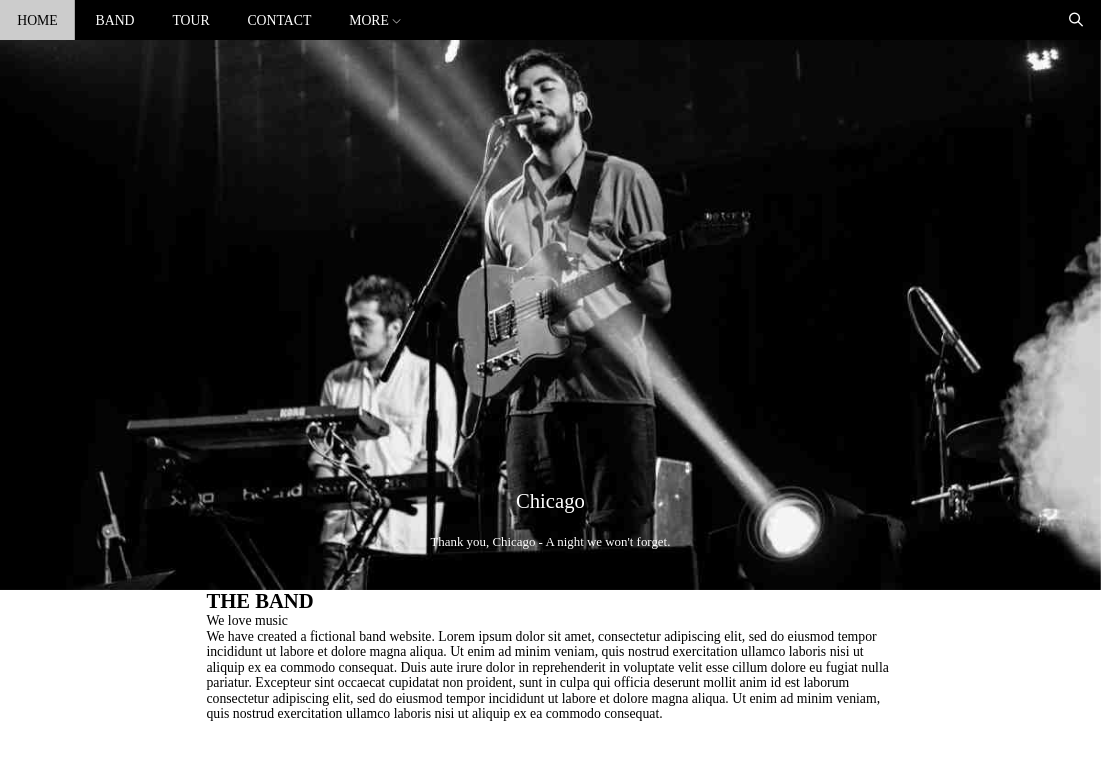
Repository: Dino0411/Dino0411.github.io
Page: index.html
The author's editor kept a copy of each file at every save. The page is drawn from the files as they stood at one save, then again after the next save.
The browser window is 1280 px wide. The pictures show the whole page, at 86% of full size.

Above is the page before, as saved 2021-10-04 11:39:16.

After the next save:
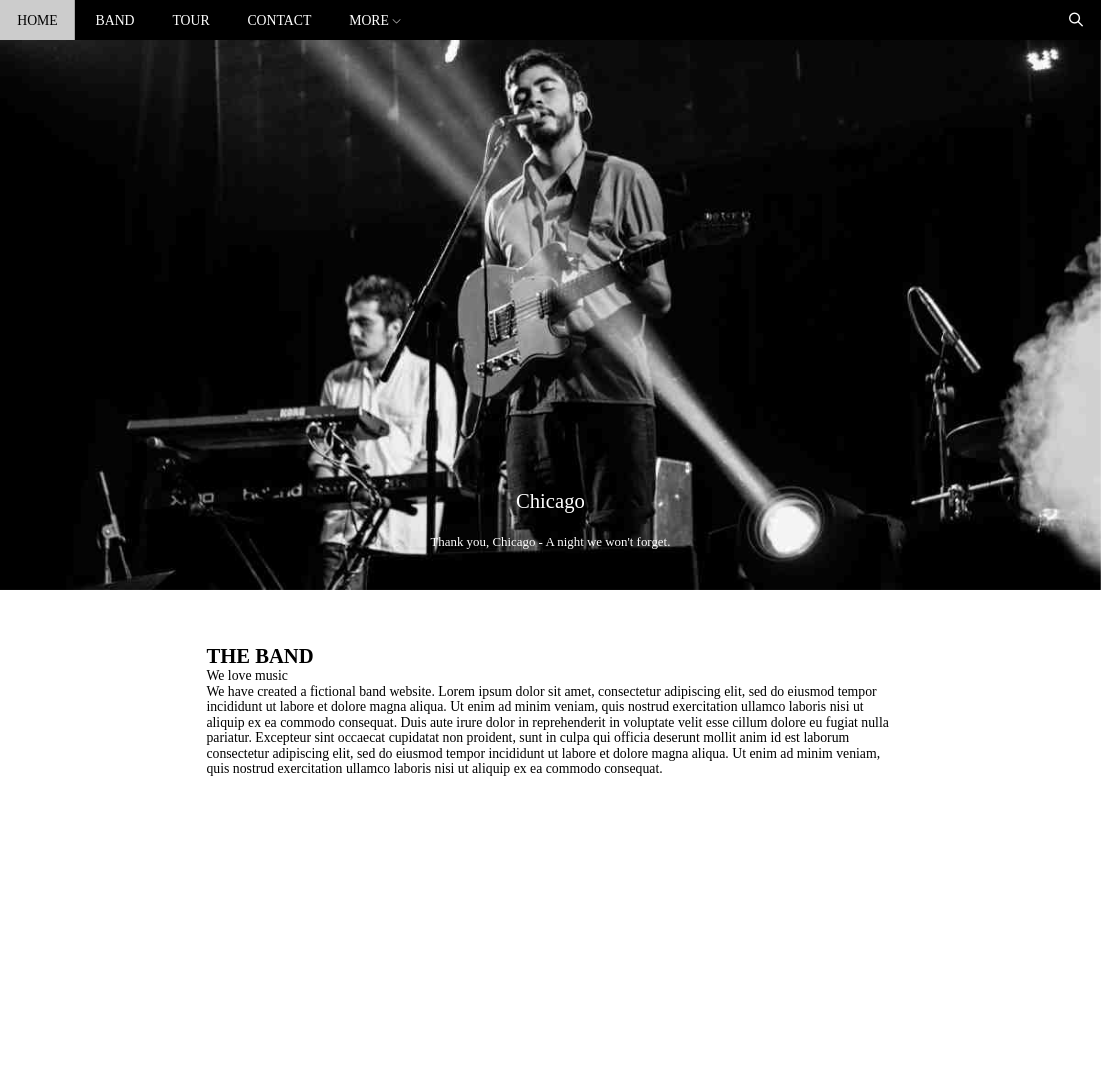
Saved 37 s later.
--- a/assets/css/style.css
+++ b/assets/css/style.css
@@ -117,6 +117,7 @@
 }
 #content .content-session {
   width: 800px;
+  padding: 64px 0px;
   margin-left: auto;
   margin-right: auto;
 }
